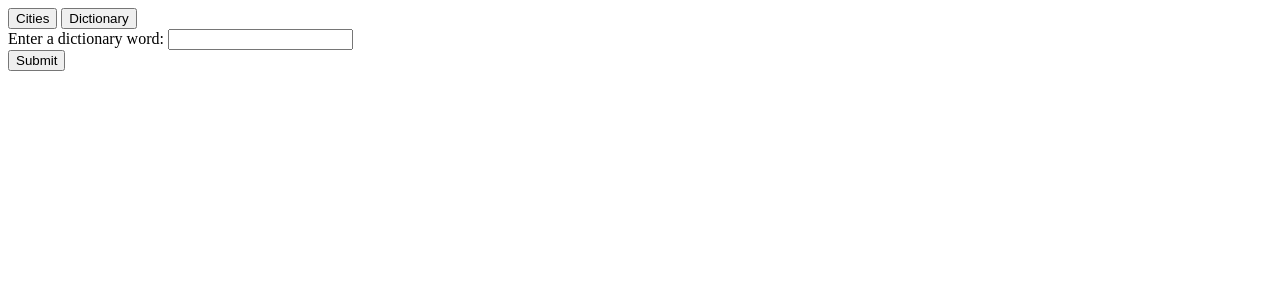
Repository: joshclement0/allHtml
Page: httpsnode/owl/public/owl.html
The author's editor kept a record of every edit. The page is drawn from the files as they stood at one moment, then again after the next edit.
The browser window is 1280 px wide. The pictures show the whole page.
After loading, the first visible `button.dictionaryButton` was clicked once.
Some web libraries are served in a nearby version.

Above is the page before.

After the next edit:
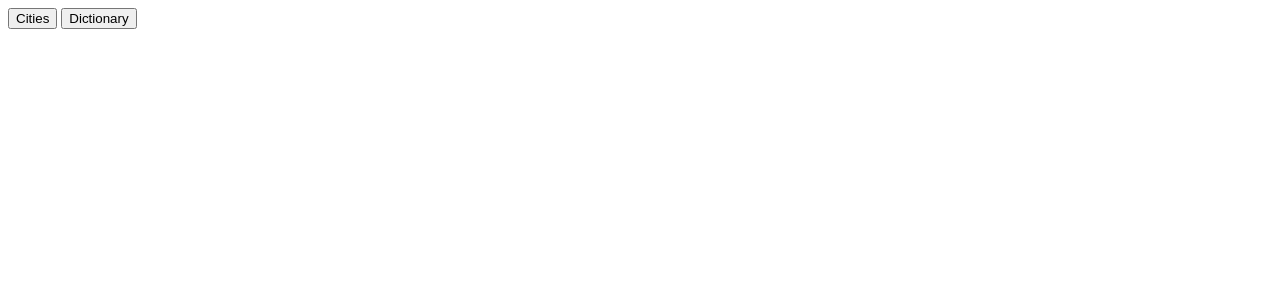
The edit:
--- a/httpsnode/owl/public/owl.html
+++ b/httpsnode/owl/public/owl.html
@@ -35,11 +35,7 @@
             event.preventDefault();
             $("#beginning").html(" ");
             $("#city").html(" ")
-            var dicitonaryinfo='<form>'+
-                'Enter a dictionary word: <input type="text" id="owlform" value=""><br>'+
-                '<button id="owlbutton" type="submit">Submit</button>'+
-                '</form>'+
-                '<span id="owldef"></span>'
+            var dicitonaryinfo=
             $("#dictionary").html(dicitonaryinfo);
         })
         $("#owlbutton").click(function(event) {
